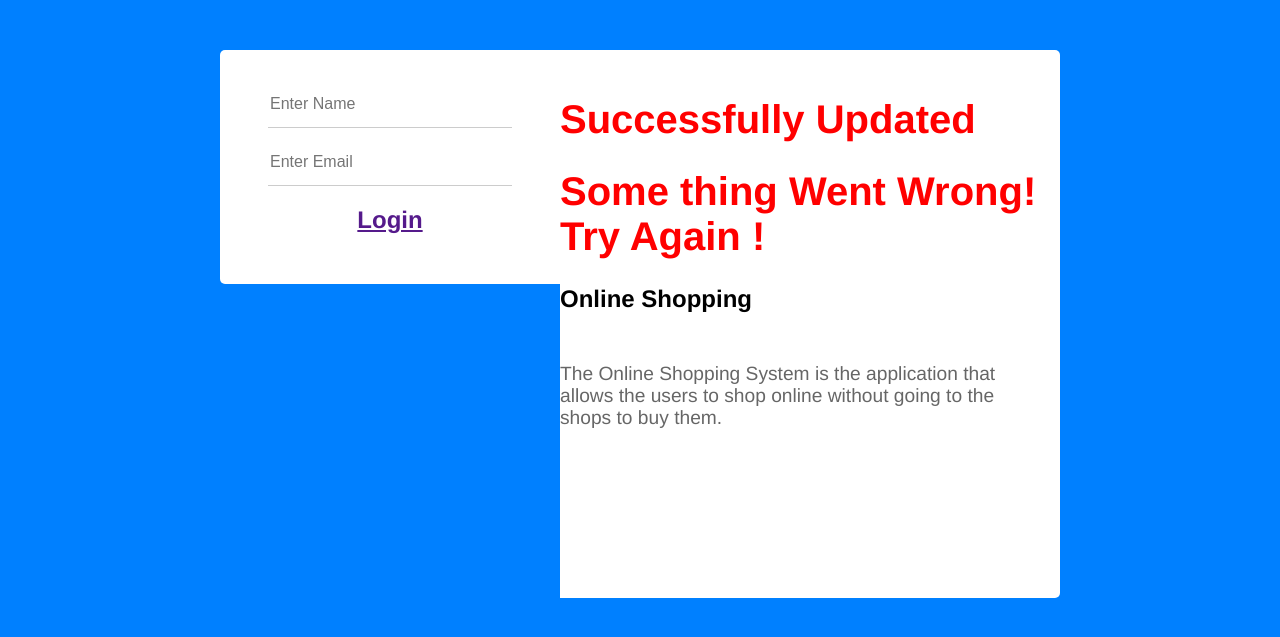
Repository: Dineshbabu290904/DigiMart
Page: http://localhost/ShoppingCart/signup.jsp
An editor plug-in stored every save of this project. The page is shown before and after the next save, followed by the edit.
The browser window is 1280 px wide. The pictures show the whole page.
The page is served by Tomcat 9.

Above is the page before, as saved 2024-10-12 04:48:00.

After the next save:
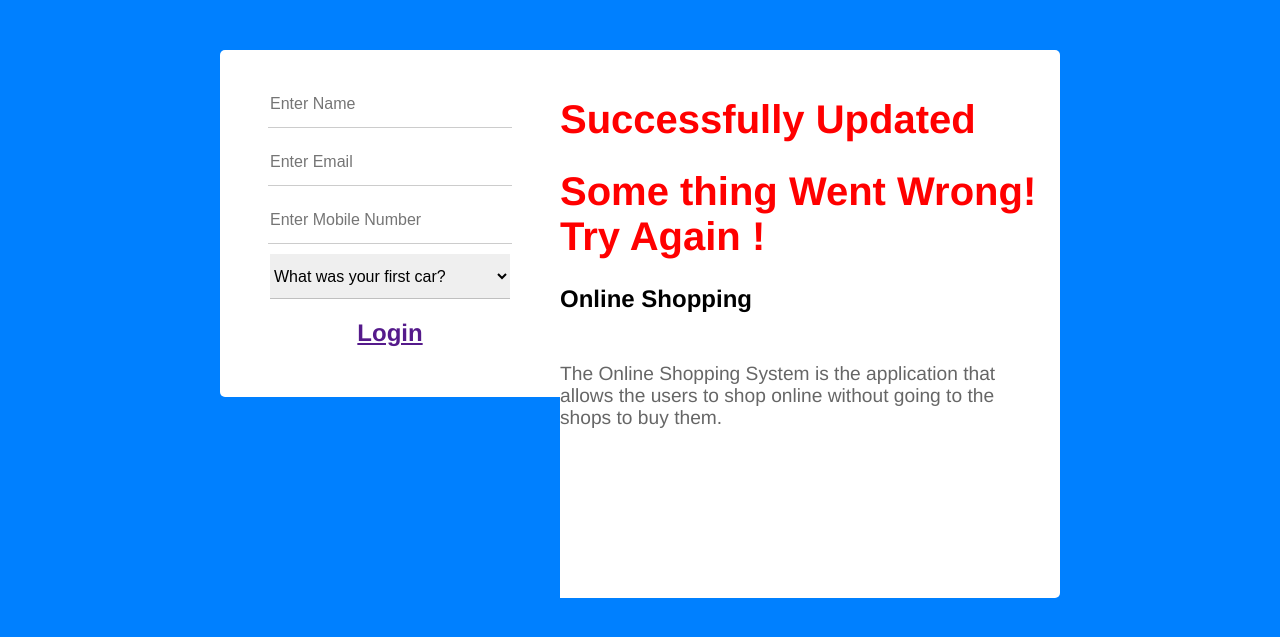
Saved 6 min 51 s later.
--- a/ShoppingCart/src/main/webapp/signup.jsp
+++ b/ShoppingCart/src/main/webapp/signup.jsp
@@ -10,6 +10,13 @@
   	<form action ="" method="post">
   		<input type="text" name="name" placeholder="Enter Name" required>
   		<input type="email" name="email" placeholder="Enter Email" required>
+  		<input type="number" name="mobilenumber" placeholder="Enter Mobile Number" required>
+  		<select name="securityQuestion" required>
+  			<option value="What was your first car?">What was your first car?</option>
+  			<option value="What is the name of your first pet?">What is the name of your first pet?</option>
+  			<option value="What elementary school did you attend?">What elementary school did you attend?</option>
+  			<option value="What is the name of the town where you were born?">What is the name of the town where you were born?</option>
+  		</select>
   	</form>
       <h2><a href="">Login</a></h2>
   </div>
